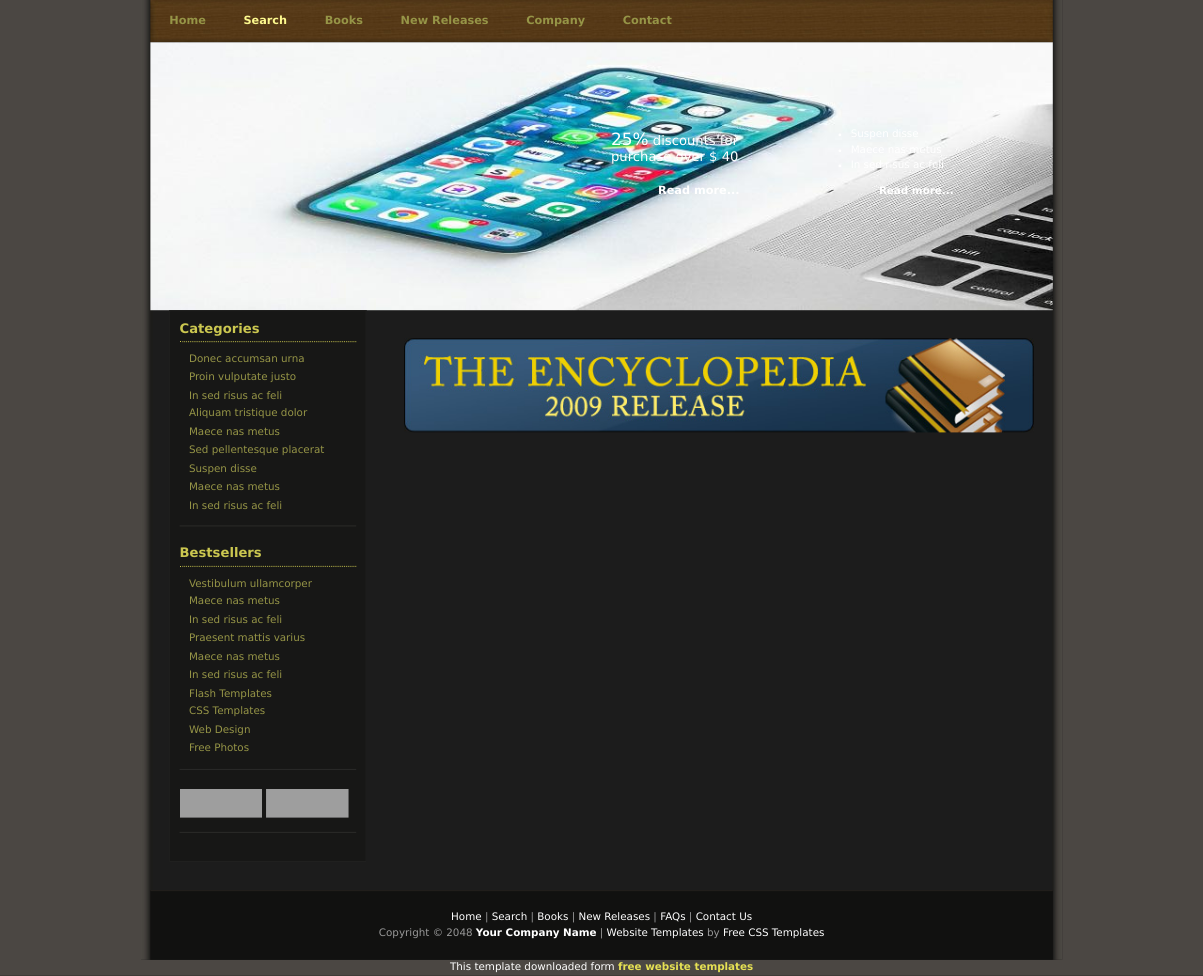
Repository: priyankamergu/MyAllProjects
Page: http://localhost/OnlineShopping/addToCart.jsp
The author's editor kept a copy of each file at every save. The page is drawn from the files as they stood at one save, then again after the next save.
The browser window is 1280 px wide. The pictures show the whole page, at 94% of full size.
Pictures or frames that could not be fetched are drawn as grey boxes. The page is served by Tomcat 9. Other server files are loaded and not shown. The template is opened directly, without the code that normally fills it, so the values that code supplies are empty.

Above is the page before, as saved 2019-11-21 07:17:51.

### Workspace_JEE7_WEB/OnlineShopping/WebContent/addToCart.jsp
<!DOCTYPE html PUBLIC "-//W3C//DTD XHTML 1.0 Transitional//EN" "http://www.w3.org/TR/xhtml1/DTD/xhtml1-transitional.dtd">
<html xmlns="http://www.w3.org/1999/xhtml">

            <%@ taglib prefix = "c" uri = "http://java.sun.com/jsp/jstl/core" %>
    <%@ taglib prefix = "fmt" uri = "http://java.sun.com/jsp/jstl/fmt" %>
<head>
<meta http-equiv="Content-Type" content="text/html; charset=utf-8" />
<title>Book Store Template, Free CSS Template, TemplateMo.com</title>
<meta name="keywords" content="Book Store Template, Free CSS Template, CSS Website Layout, CSS, HTML, TemplateMo.com" />
<meta name="description" content="Book Store Template, Free CSS Template, Download CSS Website from TemplateMo.com" />
<link href="templatemo_style.css" rel="stylesheet" type="text/css" />
</head>
<body>
<!--  Free CSS Templates from www.templatemo.com -->
<div id="templatemo_container">
	<div id="templatemo_menu">
    	<ul>
            <li><a href="index.html">Home</a></li>
            <li><a href="#" class="current">Search</a></li>
            <li><a href="index.html">Books</a></li>
            <li><a href="index.html">New Releases</a></li>
            <li><a href="#">Company</a></li>
            <li><a href="#">Contact</a></li>
    	</ul>
    </div> <!-- end of menu -->

    <div id="templatemo_header">
    	<div id="templatemo_special_offers">
        	<p>
                <span>25%</span> discounts for
        purchase over $ 40
        	</p>
			<a href="#" style="margin-left: 50px;">Read more...</a>
        </div>


        <div id="templatemo_new_books">
        	<ul>
                <li>Suspen disse</li>
                <li>Maece nas metus</li>
                <li>In sed risus ac feli</li>
            </ul>
            <a href="#" style="margin-left: 50px;">Read more...</a>
        </div>
    </div> <!-- end of header -->

    <div id="templatemo_content">

        <div id="templatemo_content_left">
        	<div class="templatemo_content_left_section">
            	<h1>Categories</h1>
                <ul>
                    <li><a href="index.html">Donec accumsan urna</a></li>
                    <li><a href="index.html">Proin vulputate justo</a></li>
                    <li><a href="#">In sed risus ac feli</a></li>
                    <li><a href="#">Aliquam tristique dolor</a></li>
                    <li><a href="#">Maece nas metus</a></li>
                    <li><a href="#">Sed pellentesque placerat</a></li>
                    <li><a href="#">Suspen disse</a></li>
                    <li><a href="#">Maece nas metus</a></li>
                    <li><a href="#">In sed risus ac feli</a></li>
            	</ul>
            </div>
			<div class="templatemo_content_left_section">
            	<h1>Bestsellers</h1>
                <ul>
                    <li><a href="#">Vestibulum ullamcorper</a></li>
                    <li><a href="#">Maece nas metus</a></li>
                    <li><a href="#">In sed risus ac feli</a></li>
                    <li><a href="#">Praesent mattis varius</a></li>
                    <li><a href="#">Maece nas metus</a></li>
                    <li><a href="#">In sed risus ac feli</a></li>
                    <li><a href="http://www.flashmo.com" target="_parent">Flash Templates</a></li>
                    <li><a href="http://www.templatemo.com" target="_parent">CSS Templates</a></li>
                    <li><a href="http://www.webdesignmo.com" target="_parent">Web Design</a></li>
                    <li><a href="http://www.photovaco.com" target="_parent">Free Photos</a></li>
            	</ul>
            </div>

            <div class="templatemo_content_left_section">
                <a href="http://validator.w3.org/check?uri=referer"><img style="border:0;width:88px;height:31px" src="http://www.w3.org/Icons/valid-xhtml10" alt="Valid XHTML 1.0 Transitional" width="88" height="31" vspace="8" border="0" /></a>
<a href="http://jigsaw.w3.org/css-validator/check/referer"><img style="border:0;width:88px;height:31px"  src="http://jigsaw.w3.org/css-validator/images/vcss-blue" alt="Valid CSS!" vspace="8" border="0" /></a>
			</div>
        </div> <!-- end of content left -->

        <div id="templatemo_content_right">
        	<c:forEach items="${productList}" var="product">
            <h1>Cart Details <span>(by author name)</span></h1>
            <div class="image_panel"><img src="images/templatemo_image_02.jpg" alt="CSS Template" width="100" height="150" /></div>
          <h2>Read the lessons - Watch the videos - Do the exercises</h2>

            <h2>${product.id}</h2>
            <h2>${product.code}</h2>
            <h2>${product.description}</h2>
            <h2>${product.price}</h2>
            <h2>${product.manfDate}</h2>

            </c:forEach>

             <div class="cleaner_with_height">&nbsp;</div>

            <a href="index.html"><img src="images/templatemo_ads.jpg" alt="css template ad" /></a>

        </div> <!-- end of content right -->

    	<div class="cleaner_with_height">&nbsp;</div>
    </div> <!-- end of content -->

    <div id="templatemo_footer">
	       <a href="index.html">Home</a> | <a href="index.html">Search</a> | <a href="index.html">Books</a> | <a href="#">New Releases</a> | <a href="#">FAQs</a> | <a href="#">Contact Us</a><br />
        Copyright © 2048 <a href="#"><strong>Your Company Name</strong></a> | <a href="http://www.iwebsitetemplate.com" target="_parent">Website Templates</a> by <a href="http://www.templatemo.com" target="_parent">Free CSS Templates</a>
	</div> <!-- end of footer -->
<!--  Free CSS Template www.templatemo.com -->
</div> <!-- end of container -->
<div align=center>This template  downloaded form <a href='http://all-free-download.com/free-website-templates/'>free website templates</a></div></body>
</html>

### Workspace_JEE7_WEB/OnlineShopping/WebContent/templatemo_style.css
/*
CSS Credit: http://www.templatemo.com/
*/

body {
	margin: 0;
	padding: 0;
	line-height: 1.5em;
	font-family: Verdana, Arial, san-serif;
	font-size: 11px;
	color: #ffffff;
	background: #4b4743;
}

a:link, a:visited { color: #e6e154; text-decoration: none; font-weight: bold;}
a:active, a:hover { color: #e6e154; text-decoration: underline;}

p {
	margin: 0px;
	padding: 0px;
}

img {
	margin: 0px;
	padding: 0px;
	border: none;
}


.cleaner {
	clear: both;
	width: 100%;
	height: 1px;
	font-size: 1px;
}

.cleaner_with_height {
	clear: both;
	width: 100%;
	height: 30px;
	font-size: 1px;
}

.cleaner_with_width {
	float: left;
	width: 20px;
	height: 30px;
	font-size: 1px;
}

.buy_now_button a{
	clear: both;
	text-align: center;
	display: block;
	width: 100px;
	padding: 4px 0 5px 0;
	margin-bottom: 10px;
	background: url(images/templatemo_btn_02.jpg) no-repeat;
	color: #FFFFFF;
	font-weight: bold;
	text-decoration: none;
}

.detail_button a{
	clear: both;
	text-align: center;
	display: block;
	width: 100px;
	padding: 4px 0 5px 0;
	margin-bottom: 10px;
	background: url(images/templatemo_btn_01.jpg) no-repeat;
	color: #ffffff;
	font-weight: bold;
	text-decoration: none;
}

#templatemo_container{
	width: 960px;
	margin: 0 auto;
	padding: 0 10px;
	background: #1c1c1b url(images/templatemo_bg.jpg) repeat-y;
}


/* menu */

#templatemo_menu {
	clear: both;
	width: 960px;
	height: 45px;
	background: url(images/templatemo_menu_bg.jpg) no-repeat;
}

#templatemo_menu ul {
	padding: 13px 0 0 0;
	margin: 0;
	list-style: none;
}

#templatemo_menu ul li{
	display: inline;
}

#templatemo_menu ul li a{
	float: left;
	padding: 0 20px;
	font-size: 12px;
	font-weight: bold;
	text-align: center;
	text-decoration: none;
	color: #969547;
}

#templatemo_menu li a:hover, #templatemo_menu li .current{
	color: #fcf88e;
}

/* end of menu*/

/* header */
#templatemo_header {
	clear: both;
	width: 960px;
	height: 285px;
	padding: 0;
	margin: 0;
	background: url(images/headermain.jpg) no-repeat;
}

#templatemo_header a,a:hover {
	color: #ffffff;
}

#templatemo_header #templatemo_special_offers {
	float: left;
	font-size: 14px;
	margin-top: 95px;
	margin-left: 490px;
	width: 180px;
}

#templatemo_special_offers a {
	font-size: 12px;
}

#templatemo_special_offers  p {
	margin: 0 0 20px 0;
}
#templatemo_special_offers p span {
	font-size: 18px;
}

#templatemo_header #templatemo_new_books {
	float: left;
	margin-top: 90px;
	margin-left: 55px;
	width: 180px;
}

#templatemo_new_books ul {
	 margin: 0 0 10px 0;
	 padding: 0 0 0 20px;
}

#templatemo_new_books li {
	 margin: 0;
	 padding: 0;
}


/* end of header */


/* content */
#templatemo_content {
	clear: both;
	width: 920px;
	padding: 0 20px;
}

#templatemo_content #templatemo_content_left {
	float: left;
	width: 188px;
	padding: 10px;
	background-color: #171716;
	border: 1px solid #212120;
}

#templatemo_content #templatemo_content_right {
	float: right;
	width: 670px;
}


#templatemo_content_left .templatemo_content_left_section{
	clear: both;
	padding-bottom: 10px;
	border-bottom: 1px solid #2b2b2a;
	margin-bottom: 20px;
}

.templatemo_content_left_section h1 {
	font-size: 14px;
	color: #cbc750;
	padding: 0 0 5px 0;
	margin: 0 0 10px 0;
	border-bottom: 1px dotted #cbc750;
}

.templatemo_content_left_section ul {
	padding: 0;
	margin: 0;
}

.templatemo_content_left_section ul li{
	padding: 0 0 3px 10px;
	list-style: none;
}

.templatemo_content_left_section ul li a{
	font-weight: normal;
	text-decoration: none;
	color: #969547;
}

.templatemo_content_left_section li a:hover, .templatemo_content_left_section li .current{
	color: #fcf88e;
}





#templatemo_content_right .templatemo_product_box {
	float: left;
	width: 303px;
	height: 210px;
	padding: 10px;
	border: 1px solid #333;
}

#templatemo_content_right h1 {
	padding: 10px;
	margin: 0 0 20px 0;
	font-size: 15px;
	color: #cbc750;
	background: url(images/templatemo_h1_bg.jpg);
}

#templatemo_content_right h2 {
	padding: 0 0 0 0;
	margin: 0 0 20px 0;
	font-size: 12px;
	color: #e6e154;
}

#templatemo_content_right h3 {
	padding: 0;
	margin: 0 0 20px 0;
	font-size: 18px;
	color: #85391f;
}

#templatemo_content_right ul {
	margin: 0 0 20px 0;
	padding: 0 0 0 20px;
	list-style: none;
}

#templatemo_content_right li {
	padding: 0 0 3px 0;
}

#templatemo_content_right .image_panel {
	float: left;
	width: 100px;
	margin-right: 20px;
}

#templatemo_content_right p {
	text-align: justify;
	padding: 0 0 8px 0;
}

.templatemo_product_box h1 span {
	font-weight: normal;
}

.templatemo_product_box img {
	float: left;
	margin-right: 20px;
}

.templatemo_product_box .product_info {
	float: left;
	width: 180px;
}

.product_info p {
	margin-bottom: 15px;
}

/* end of content */

/* footer */
#templatemo_footer {
	clear: both;
	width: 960px;
	padding: 20px 0px 20px 0;
	text-align: center;
	border-top: 1px solid #25211e;
	color: #999;
	background-color: #111110;
}

#templatemo_footer a{
	color: #fff;
	font-weight: normal;
}
/* end of footer */

After the next save:
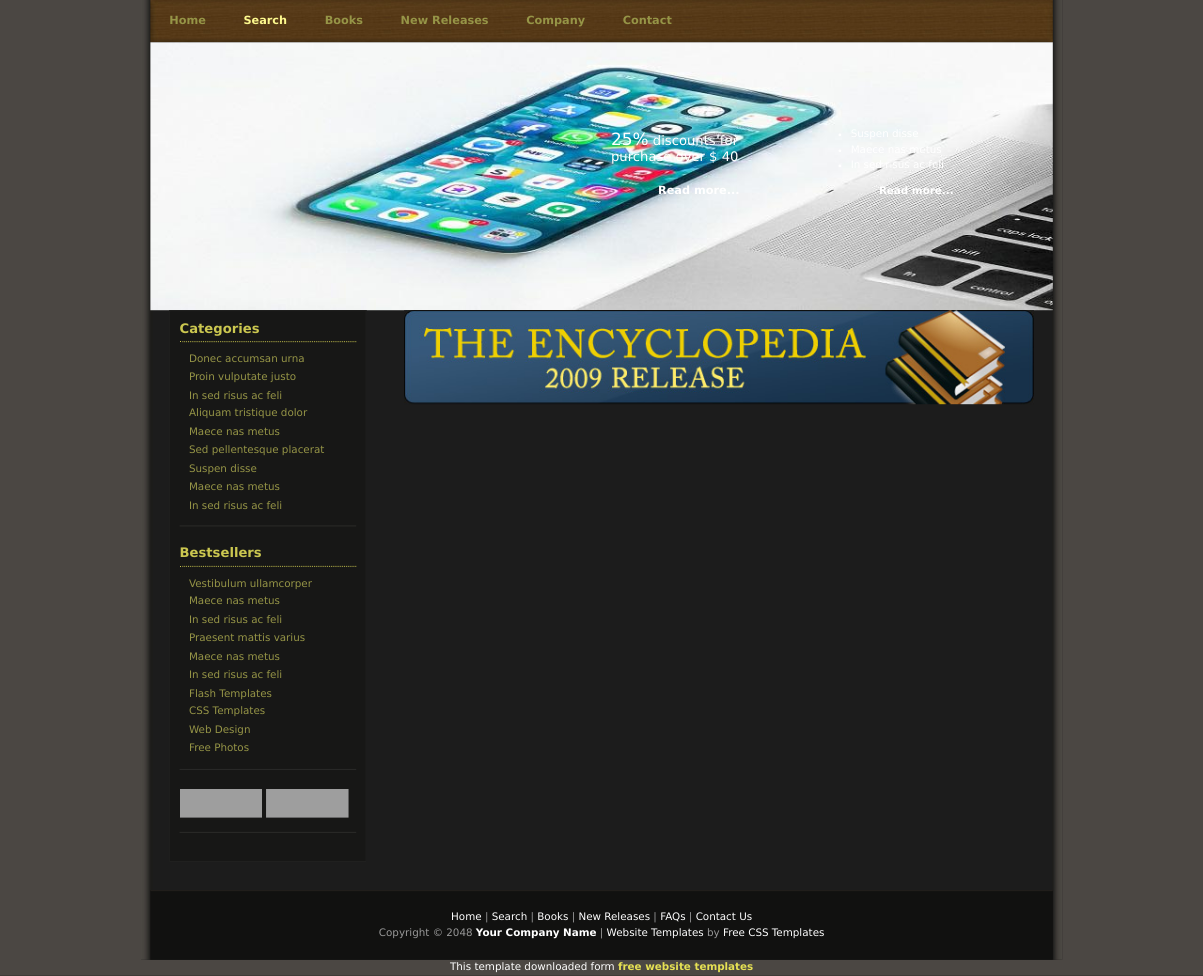
Saved 7 s later.
--- a/Workspace_JEE7_WEB/OnlineShopping/WebContent/addToCart.jsp
+++ b/Workspace_JEE7_WEB/OnlineShopping/WebContent/addToCart.jsp
@@ -95,10 +95,10 @@
             <h2>${product.price}</h2>
             <h2>${product.manfDate}</h2>
 
-            </c:forEach>
+
 
              <div class="cleaner_with_height">&nbsp;</div>
-
+             </c:forEach>
             <a href="index.html"><img src="images/templatemo_ads.jpg" alt="css template ad" /></a>
 
         </div> <!-- end of content right -->
